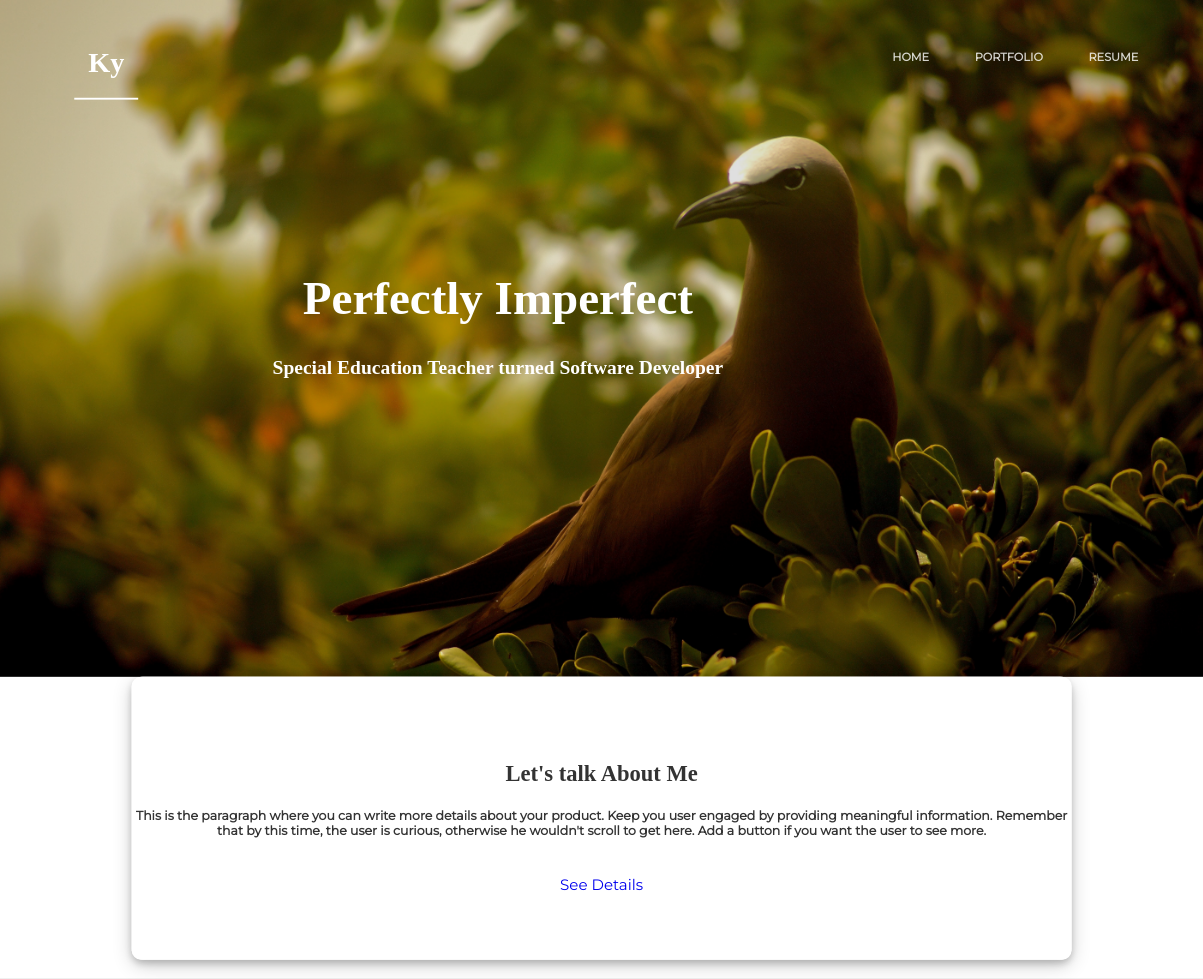
Repository: kkyler24/Perfectly-Imperfect
Page: / (app in imperfect/)
These files come from the project's save history. The page is drawn as it stood at one moment and after the next save; the edit follows.
The browser window is 1280 px wide. The pictures show the whole page, at 94% of full size.
Some web fonts or font styles are not loaded; a fallback is used. The project was rebuilt for these pictures with package versions that can differ from the ones it lists, and the page was loaded fresh each time.

Above is the page before, as saved 2020-07-23 22:57:52.

### imperfect/public/index.html
<!DOCTYPE html>
<html lang="en">
  <head>
    <meta charset="utf-8" />
    <link rel="icon" href="%PUBLIC_URL%/favicon.ico" />
    <meta name="viewport" content="width=device-width, initial-scale=1" />
    <meta name="theme-color" content="#000000" />
    <meta
      name="description"
      content="Web site created using create-react-app"
    />
    <link rel="apple-touch-icon" href="%PUBLIC_URL%/logo192.png" />

    <link rel="manifest" href="%PUBLIC_URL%/manifest.json" />

    <link
      href="https://fonts.googleapis.com/css2?family=Montserrat&family=Petit+Formal+Script&display=swap"
      rel="stylesheet"
    />

    <title>React App</title>
  </head>
  <body>
    <noscript>You need to enable JavaScript to run this app.</noscript>
    <div id="root"></div>
  </body>
</html>

### imperfect/src/App.js
import React from "react";
import logo from "./logo.svg";
import "./App.css";
import Nav from "./Components/navbarComponent/navbar.js";
import PGHeader from "./Components/Headerindex/header.js";
import AboutMe from "./Components/aboutMeIndex/aboutme.js";

function App() {
  return (
    <div className="App">
      <Nav />
      <PGHeader />
      <AboutMe />
    </div>
  );
}

export default App;

### imperfect/src/App.css
body {
  color: #66615b;
  font-size: 16px;
  font-weight: 300;
  font-family: Montserrat, Helvetica, Arial, sans-serif;
  box-sizing: border-box;
  display: block;
}

.App-header {
  background-color: #282c34;
  min-height: 100vh;
  display: flex;
  flex-direction: column;
  align-items: center;
  justify-content: center;
  font-size: calc(10px + 2vmin);
  color: white;
}

.App-link {
  color: #61dafb;
}

@keyframes App-logo-spin {
  from {
    transform: rotate(0deg);
  }
  to {
    transform: rotate(360deg);
  }
}

### imperfect/src/Components/navbarComponent/navbar.js
import React from "react";
import "./navbar.css";

function NavBar() {
  return (
    <div>
      <nav
        color-on-scroll="300"
        class="fixed-top navbar-transparent navbar navbar-expand-lg"
      >
        <div class="container-fluid">
          <div class="navbar-translate">
            <a
              id="Kytitle"
              data-placement="bottom"
              target="_blank"
              title="Coded by Creative Tim"
              class="navbar-brand"
              href="#/index"
            >
              Ky
            </a>
            <button aria-expanded="false" class="navbar-toggler navbar-toggler">
              <span class="navbar-toggler-bar bar1"></span>
              <span class="navbar-toggler-bar bar2"></span>
              <span class="navbar-toggler-bar bar3"></span>
            </button>
          </div>
          <div class="justify-content-end collapse navbar-collapse">
            <ul class="navbar-nav">
              <li class="nav-item">
                <a
                  data-placement="bottom"
                  href="https://www.linkedIn"
                  target="_blank"
                  title="Let's connect on LinkedIn"
                  class="nav-link"
                >
                  {/* <i class="fa fa-linkedIn"></i> */}
                </a>
              </li>
              <li class="nav-item">
                <a
                  data-placement="bottom"
                  href="https://www.linkedIn"
                  target="_blank"
                  title="Let's connect on LinkedIn"
                  class="nav-link"
                >
                  {/* <i class="fa fa-linkedIn"></i> */}
                </a>
              </li>
              <li class="nav-item">
                <a
                  data-placement="bottom"
                  href="https://twitter.com/CreativeTim?ref=creativetim"
                  target="_blank"
                  title="Follow us on Twitter"
                  class="nav-link"
                >
                  {/* <i class="fa fa-twitter"></i> */}
                  <p class="d-lg-none"></p>
                </a>
                <li class="nav-item mr-2rem">
                  <a
                    data-placement="bottom"
                    href="https://www.github.com/CreativeTimOfficial?ref=creativetim"
                    target="_blank"
                    title="Star on GitHub"
                    class="nav-link"
                  >
                    {/* <i class="fa fa-github"></i> */}
                    <p class="d-lg-none"></p>
                  </a>
                </li>
              </li>
              <li class="nav-item">
                <a class="nav-link" href="#/index">
                  <i class="nc-icon nc-layout-11"></i> Home
                </a>
              </li>
              <li class="nav-item">
                <a class="nav-link" href="#/index">
                  <i class="nc-icon nc-layout-11"></i> Portfolio
                </a>
              </li>
              <li class="nav-item">
                <a target="_blank" class="nav-link" href="#/documentation">
                  <i class="nc-icon nc-book-bookmark"></i> Resume
                </a>
              </li>

              <li class="nav-item">
                <a
                  data-placement="bottom"
                  href="https://www.github.com/CreativeTimOfficial?ref=creativetim"
                  target="_blank"
                  title="Star on GitHub"
                  class="nav-link"
                >
                  {/* <i class="fa fa-github"></i> */}
                  <p class="d-lg-none"></p>
                </a>
              </li>
            </ul>
          </div>
        </div>
      </nav>
    </div>
  );
}
export default NavBar;

### imperfect/src/Components/Headerindex/header.js
import React from "react";
import "./Indexheader.css";

function PageHeader(props) {
  return (
    <div id="background" className="page-header" data-parallax="true">
      <div className="filter"></div>
      <div className="headerContainer">
        <div className="motto text-center">
          <h1>Perfectly Imperfect</h1>
          <h5>Special Education Teacher turned Software Developer</h5>
          <br />
        </div>
      </div>
    </div>
  );
}
export default PageHeader;

### imperfect/src/Components/aboutMeIndex/aboutme.js
import React from "react";
import "./aboutme.css";

function Aboutme() {
  return (
    <div className=" card aboutMain">
      <div className="sectionAB text-center">
        <div className="ABcontainer">
          <div class="row">
            <div class="ml-auto mr-auto col-md-8">
              <h2 class="titleAB">Let's talk About Me</h2>
              <h5 class="descriptionAB">
                This is the paragraph where you can write more details about
                your product. Keep you user engaged by providing meaningful
                information. Remember that by this time, the user is curious,
                otherwise he wouldn't scroll to get here. Add a button if you
                want the user to see more.
              </h5>
              <br />
              <a href="#pablo" class="btn-round btn btn-info">
                See Details
              </a>
            </div>
          </div>
        </div>
      </div>
    </div>
  );
}
export default Aboutme;

### imperfect/src/Components/navbarComponent/navbar.css
/* navbar */
#Kytitle {
  font-family: "Petit Formal Script", cursive;
  font-size: 30px;
  color: #fff;
  border-bottom: solid 2px rgb(255, 255, 255);
  text-transform: capitalize;
}

.navbar.navbar-transparent {
  background: transparent !important;
  padding-top: 25px;
  box-shadow: none;
}

.navbar.navbar-transparent .navbar-brand {
  color: rgb(20, 3, 3);
}

.navbar .navbar-brand {
  font-weight: 600;
  margin: 5px 0;
  padding: 20px 15px;
  font-size: 14px;
  text-transform: uppercase;
}

.navbar-nav {
  display: flex;
  flex-direction: column;
  padding-left: 0;
  margin-bottom: 0;
  list-style: none;
}
.navbar-brand {
  display: inline-block;
  padding-top: 0.3125rem;
  padding-bottom: 0.3125rem;
  margin-right: 1rem;
  font-size: 1.25rem;
  line-height: inherit;
  white-space: nowrap;
}

.navbar {
  border: 0;
  font-size: 14px;
  padding: 0;
  font-family: "Montserrat", "Helvetica", Arial, sans-serif;
  font-weight: 300;
  align-items: center;
  display: flex;
}
.navbar > .container-fluid {
  display: flex;
  flex-wrap: wrap;
  align-items: center;
  justify-content: space-between;
}

.nav-link {
  display: block;
}

.navbar-toggler {
  padding: 0.25rem 0.75rem;
  font-size: 1.25rem;
  line-height: 1;
  background-color: transparent;
  border: 1px solid transparent;
  border-radius: 0.25rem;
}
button {
  text-transform: none;
  overflow: visible;
  -webkit-font-smoothing: antialiased;
  font-family: "Montserrat", "Helvetica", Arial, sans-serif;
  font-weight: 300;
  margin: 0;
  text-rendering: auto;
  color: -internal-light-dark(buttontext, rgb(170, 170, 170));
  letter-spacing: normal;
  word-spacing: normal;
  text-indent: 0px;
  text-shadow: none;
  display: inline-block;
  text-align: center;
  align-items: flex-start;
  font: 400 13.3333px Arial;
}
.navbar .navbar-toggler .navbar-toggler-bar {
  display: block;
  position: relative;
  width: 24px;
  height: 2px;
  border-radius: 1px;
  margin: 0 auto;
}

.navbar.navbar-transparent .navbar-toggler .navbar-toggler-bar {
  background: #fff !important;
}

.navbar-transparent .navbar-nav .nav-item .nav-link:not(.btn) {
  color: #fff;
  border-color: #fff;
}

.navbar .navbar-toggler .navbar-toggler-bar + .navbar-toggler-bar {
  margin-top: 4px;
}

.navbar .navbar-nav .nav-item .nav-link {
  line-height: 1.6;
  margin: 15px 3px;
  padding: 10px 15px;
  opacity: 0.8;
  font-size: 12px;
  text-transform: uppercase;
  font-weight: 600;
}

.navbar .navbar-nav .nav-item .nav-link p {
  margin: 0;
  text-transform: uppercase;
  font-weight: 600;
  font-size: 12px;
  line-height: 1.5em;
  padding: 15px 0;
}

button:not(:disabled) {
  cursor: pointer;
}

.container-fluid {
  width: 100%;
  padding-right: 15px;
  padding-left: 15px;
  margin-right: 0%;
  margin-left: 5%;
}

.fixed-top {
  position: fixed;
  right: 0;
  left: 0;
  z-index: 1030;
  /* not needed for fixed bottom */
  top: 0;
}

a {
  text-decoration: none;
  background-color: transparent;
}

.collapse:not(.show) {
  display: none;
}

.justify-content-end,
ul {
  justify-content: flex-end !important;
}

.navbar-collapse {
  flex-basis: 100%;
  flex-grow: 1;
  align-items: center;
}

ul {
  margin-top: 0;
}

.navbar .navbar-nav .nav-item .nav-link [class^="fa"] {
  font-size: 17px;
  position: relative;
  right: 5px;
}
.fa {
  width: 18px;
  text-align: center;
}
.fa {
  display: inline-block;
  font: normal normal normal 14px/1 FontAwesome;
  text-rendering: auto;
  -webkit-font-smoothing: antialiased;
}

.nc-icon {
  display: inline-block;
  font: normal normal normal 14px/1 "nucleo-icons";
  font-size: inherit;
  text-transform: none;
  -webkit-font-smoothing: antialiased;
}

.nc-layout-11:before {
  content: "\ea36";
}

.nc-book-bookmark:before {
  content: "\ea0f";
}

.fa-github:before {
  content: "\f09b";
}

:before {
  box-sizing: border-box;
}

.navbar .navbar-collapse .nav-item .nav-link p {
  display: inline;
}

/* media Q navbar */
@media (min-width: 992px) {
  .navbar-expand-lg {
    flex-flow: row nowrap;
    justify-content: flex-start;
  }
  .navbar {
    justify-content: space-between;
  }
}
/* Li */
@media (min-width: 992px) {
  .navbar-expand-lg .navbar-nav {
    flex-direction: row;
  }
}
@media screen and (max-width: 991px) {
  .navbar-collapse ul {
    position: relative;
    z-index: 3;
    height: 95%;
  }
}

@media screen and (max-width: 991px) {
  .navbar-collapse .navbar-nav > .nav-item > .nav-link {
    color: #9a9a9a !important;
  }
}

@media screen and (max-width: 991px) {
  .navbar-collapse {
    position: fixed;
    display: block !important;
    top: 0;
    width: 230px;
    right: 0;
    z-index: 1032;
    visibility: visible;
    background-color: #999;
    overflow-y: visible;
    border-top: none;
    text-align: left;
    border-left: 1px solid #ccc5b9;
    padding-right: 0;
    padding-left: 40px;
    padding-top: 15px;
    transform: translateX(230px);
    transition: all 0.33s cubic-bezier(0.685, 0.0473, 0.346, 1);
  }
}

@media (max-width: 991.98px) {
  .navbar-expand-lg > .container-fluid {
    padding-right: 0;
    padding-left: 0;
  }
}

@media (min-width: 768px) {
  .container-fluid {
    max-width: 720px;
  }
}

@media (min-width: 992px) {
  .container-fluid {
    max-width: 100%;
  }
}

@media screen and (max-width: 991px) {
  .navbar-translate {
    width: 100%;
    position: relative;
    display: flex;
    justify-content: space-between !important;
    align-items: center;
    transform: translateX(0);
    transition: all 0.33s cubic-bezier(0.685, 0.0473, 0.346, 1);
  }
}

@media (min-width: 992px) {
  .navbar-expand-lg .navbar-toggler {
    display: none;
  }
}

@media screen and (max-width: 991px) {
  .navbar-collapse {
    height: 100% !important;
  }
}

@media (min-width: 992px) {
  .navbar-expand-lg .navbar-collapse {
    display: flex !important;
    flex-basis: auto;
  }
}
/*
@media (min-width: 576px) {
  .container-fluid {
    max-width: 540px;
  }
} */

@media (min-width: 992px) {
  .navbar-expand-lg > .container-fluid {
    flex-wrap: nowrap;
  }
}

### imperfect/src/Components/Headerindex/Indexheader.css
#background {
  background-image: url("../../Assets/imgs/brownnoodyGreatbirdisland.jpg");
  background-repeat: no-repeat;
  background-size: cover;
  height: 700px;
}

.page-header {
  background-position: 50%;
  background-size: cover;
  min-height: 100vh;
  max-height: 999px;
  overflow: hidden;
  position: relative;
  width: 100%;
  z-index: 1;
  display: flex;
  align-items: center;
  justify-content: center;
}

.page-header .filter:after {
  background-color: rgba(0, 0, 0, 0.125);
  content: "";
  display: block;
  height: 100%;
  left: 0;
  top: 0;
  position: absolute;
  width: 100%;
  z-index: 1;
}

.page-header .motto {
  z-index: 3;
  color: #fff;
  position: relative;
  width: max-content;
}

.headerContainer {
  font-family: "Petit Formal Script", cursive;
  display: inline-flex;
  width: 100%;
  /* font-weight: 200; */
  padding-right: 15px;
  padding-left: 15px;
  margin-right: auto;
  margin-left: auto;
  font-size: 50px;
  max-width: 700px !important;
}

.text-center {
  text-align: center !important;
}
div {
  display: block;
}

h1 {
  display: block;
  font-size: 2em;
  margin-block-start: 0.67em;
  margin-block-end: 0.67em;
  margin-inline-start: 0px;
  margin-inline-end: 0px;
  font-weight: bold;
}

/* media Q */
@media (min-width: 992px) {
  .headerContainer {
    max-width: 960px;
  }
}

@media (min-width: 768px) {
  .headerContainer {
    max-width: 720px;
  }
}

@media (min-width: 576px) {
  .headerContainer {
    max-width: 540px;
    font-size: 25px;
  }
}

@media (max-width: 576px) {
  .headerContainer {
    display: flex;
    flex-wrap: wrap;
    max-width: 540px !important;
    font-size: 20px;
    text-align: center;
  }
}

### imperfect/src/Components/aboutMeIndex/aboutme.css
.aboutMain .section:first-of-type {
  position: relative;
  z-index: 3;
  position: relative;
  background: #ffffff;
  margin: -60px 30px 0px;
  box-shadow: 0 16px 24px 2px rgba(0, 0, 0, 0.14),
    0 6px 30px 5px rgba(0, 0, 0, 0.12), 0 8px 10px -5px rgba(0, 0, 0, 0.2);
  border-radius: 6px;
  padding: 70px 0;
}

.card,
.aboutMain {
  width: 700px;
  border-radius: 12px;
  box-shadow: 0 4px 8px 0 rgba(0, 0, 0, 0.2), 0 6px 20px 0 rgba(0, 0, 0, 0.19);
  text-align: center;
  background-color: #fff;
  color: #333;
  margin-bottom: 20px;
  position: relative;
  z-index: 3;
  border: 0;
  transition: transform 0.3s cubic-bezier(0.34, 2, 0.6, 1), box-shadow 0.2s ease;
  display: flex;
  flex-direction: column;
  min-width: 0;
  background-clip: border-box;
  /* border: 1px solid rgba(0, 0, 0, 0.25); */
  /* border-radius: 20px; */
  margin-left: auto;
  margin-right: auto;
}

.sectionAB {
  padding: 70px 0;
  background-color: #fff;
  border-radius: 10px;
}

.text-center {
  text-align: center !important;
}

.titleAB {
  font-family: "Petit Formal Script", cursive;
}

.descriptionAB {
  font-family: "Montserrat", sans-serif;
}

@media (max-width: 992px) {
  .sectionAB {
    max-width: 700px;
  }
}

@media (min-width: 992px) {
  .sectionAB,
  .aboutMain {
    width: 1000px;
  }
}

Loaded but not shown: imperfect/src/index.js (common file); imperfect/src/index.css (common file); imperfect/src/serviceWorker.js (common file)

After the next save:
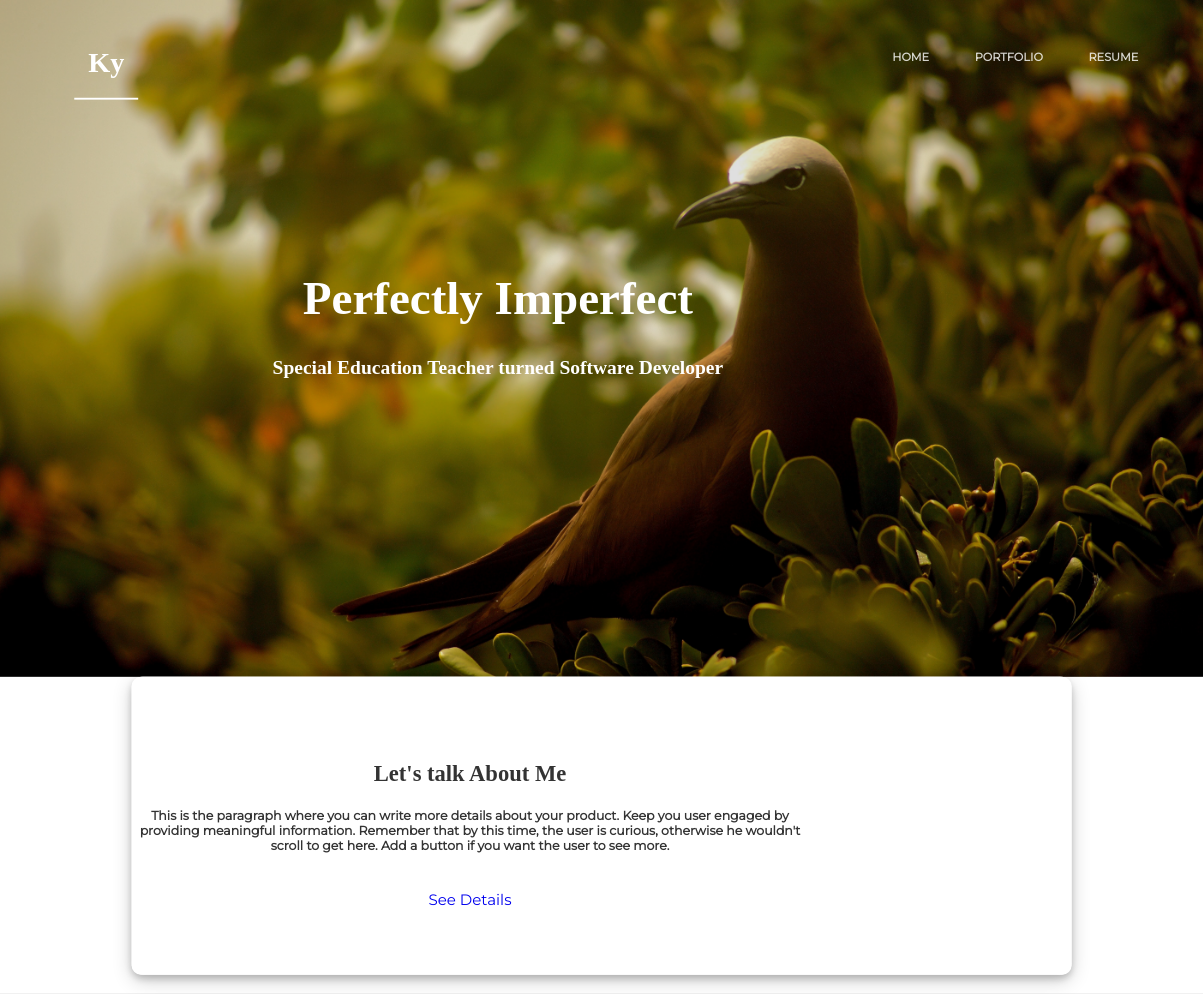
Saved 3 min 13 s later.
--- a/imperfect/src/Components/aboutMeIndex/aboutme.css
+++ b/imperfect/src/Components/aboutMeIndex/aboutme.css
@@ -51,6 +51,12 @@
   font-family: "Montserrat", sans-serif;
 }
 
+@media (min-width: 768px) {
+  .ABcontainer {
+    max-width: 720px;
+  }
+}
+
 @media (max-width: 992px) {
   .sectionAB {
     max-width: 700px;
